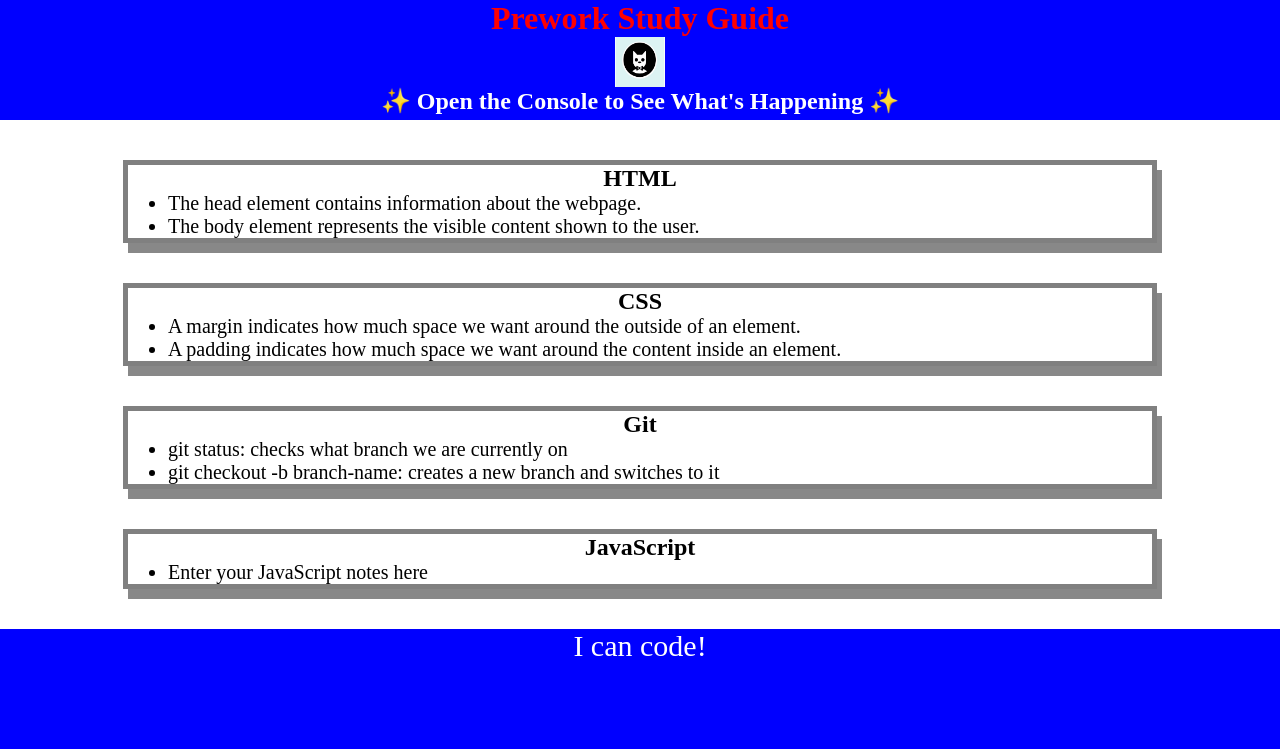
Repository: OKJay50/prework-study-guide
Page: index.html
These files come from the project's save history. The page is drawn as it stood at one moment and after the next save; the edit follows.
The browser window is 1280 px wide. The pictures show the whole page.

Above is the page before, as saved 2023-04-27 22:54:03.

After the next save:
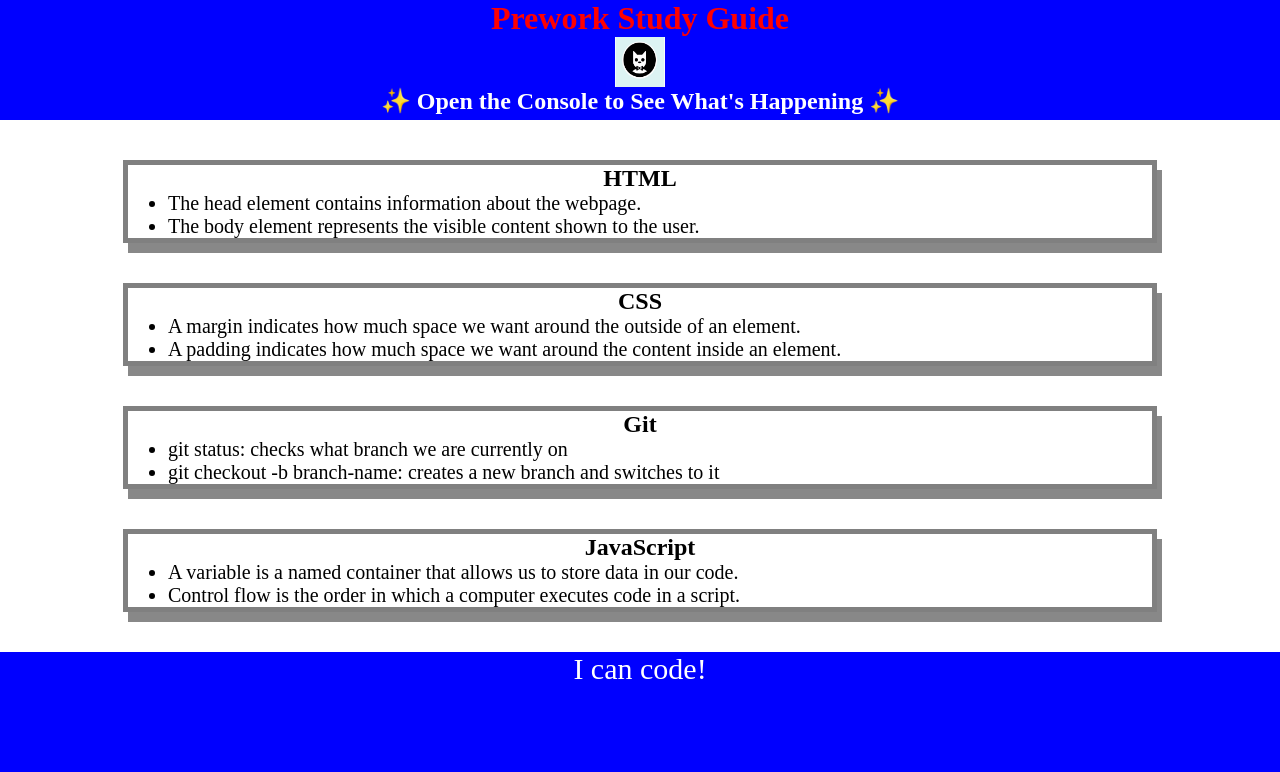
Saved 16 s later.
--- a/index.html
+++ b/index.html
@@ -51,9 +51,9 @@
             <section class="card" id="javascript-section">
                 <h2>JavaScript</h2>
                 <ul>
-                  <li>Enter your JavaScript notes here</li>
-                </ul>
-
+                    <li>A variable is a named container that allows us to store data in our code.</li>
+                    <li>Control flow is the order in which a computer executes code in a script.</li>
+                  </ul>
             </section>
         </main>
 
